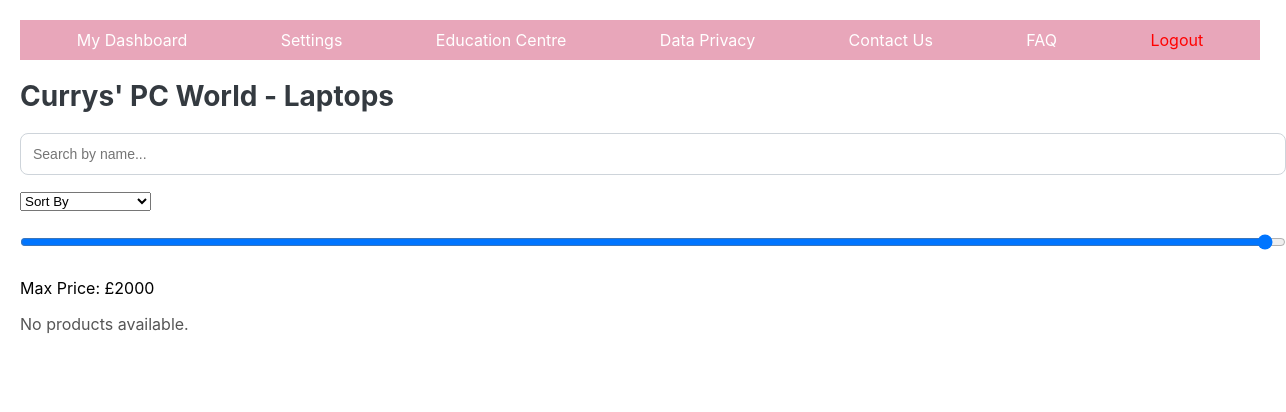
Repository: aab232/https---github.com-aab232-Deferred-Payment-Platform
Page: /main (app in frontend/)
These files come from the project's save history. The page is drawn as it stood at one moment and after the next save; the edit follows.
The browser window is 1280 px wide. The page is 1286 px wide, so the pictures cover 1286 px, including what lies to the right of the window. The pictures show the whole page.
The page's requests for data from a server got no answer. The project was rebuilt for these pictures with package versions that can differ from the ones it lists, and the page was loaded fresh each time. No one was signed in, and anything a server would have sent is missing. Also part of the build but not shown: frontend/src/components/Home.js, frontend/src/components/Register.js, frontend/src/components/Login.js, frontend/src/components/BackButton.css, frontend/src/components/BackButton.js, frontend/src/components/Settings.js.

Above is the page before, as saved 2025-04-01 01:13:50.

### frontend/src/App.js
import React from 'react';
import { BrowserRouter as Router, Routes, Route } from 'react-router-dom';
import Home from './components/Home';
import Register from './components/Register';
import Login from './components/Login';
import Main from './components/Main';
import Settings from './components/Settings';

const App = () => {
  return (
    <Router>
      <Routes>
        <Route path="/" element={<Home />} />
        <Route path="/login" element={<Login />} />
        <Route path="/register" element={<Register />} />
        <Route path="/main" element={<Main />} />
        <Route path="/settings" element={<Settings />} />
      </Routes>
    </Router>
  );
};

export default App;

### frontend/src/components/Main.js
import React, { useState, useEffect } from 'react';
import { useNavigate } from 'react-router-dom';
import axios from 'axios';
import './Main.css';

const Main = () => {
  const [products, setProducts] = useState([]);
  const [filteredProducts, setFilteredProducts] = useState([]);
  const [searchTerm, setSearchTerm] = useState('');
  const [sortOption, setSortOption] = useState('');
  const [priceRange, setPriceRange] = useState([0, 2000]);
  const [selectedProduct, setSelectedProduct] = useState(null);
  const navigate = useNavigate();

  useEffect(() => {
    const fetchProducts = async () => {
      try {
        const response = await axios.get('http://localhost:5000/api/products');
        if (Array.isArray(response.data.products)) {
          setProducts(response.data.products);
          setFilteredProducts(response.data.products);
        }
      } catch (error) {
        console.error('Error fetching products:', error);
      }
    };
    fetchProducts();
  }, []);

  useEffect(() => {
    let updatedProducts = products.filter(product =>
      product.name.toLowerCase().includes(searchTerm.toLowerCase()) &&
      parseFloat(product.price.replace(/[^0-9.]/g, '')) >= priceRange[0] &&
      parseFloat(product.price.replace(/[^0-9.]/g, '')) <= priceRange[1]
    );

    if (sortOption === 'price-asc') {
      updatedProducts.sort((a, b) => parseFloat(a.price.replace(/[^0-9.]/g, '')) - parseFloat(b.price.replace(/[^0-9.]/g, '')));
    } else if (sortOption === 'price-desc') {
      updatedProducts.sort((a, b) => parseFloat(b.price.replace(/[^0-9.]/g, '')) - parseFloat(a.price.replace(/[^0-9.]/g, '')));
    } else if (sortOption === 'name') {
      updatedProducts.sort((a, b) => a.name.localeCompare(b.name));
    }

    setFilteredProducts(updatedProducts);
  }, [searchTerm, sortOption, priceRange, products]);

  return (
    <div className="main-container">
      <nav className="taskbar">
        <span className="tab" onClick={() => navigate('/dashboard')}>My Dashboard</span>
        <span className="tab" onClick={() => navigate('/settings')}>Settings</span>
        <span className="tab" onClick={() => navigate('/education')}>Education Centre</span>
        <span className="tab" onClick={() => navigate('/privacy')}>Data Privacy</span>
        <span className="tab" onClick={() => navigate('/contact')}>Contact Us</span>
        <span className="tab" onClick={() => navigate('/faq')}>FAQ</span>
        <span className="tab logout" onClick={() => navigate('/login')}>Logout</span>
      </nav>

      <h1>Currys' PC World - Laptops</h1>

      <div className="filters">
        <input type="text" placeholder="Search by name..." value={searchTerm} onChange={(e) => setSearchTerm(e.target.value)} />
        <select onChange={(e) => setSortOption(e.target.value)}>
          <option value="">Sort By</option>
          <option value="price-asc">Price: Low to High</option>
          <option value="price-desc">Price: High to Low</option>
          <option value="name">Name: A-Z</option>
        </select>
        <input type="range" min="0" max="2000" step="50" value={priceRange[1]} onChange={(e) => setPriceRange([0, Number(e.target.value)])} />
        <span>Max Price: £{priceRange[1]}</span>
      </div>

      <div className="products-container">
        {filteredProducts.length > 0 ? (
          filteredProducts.slice(0, 9).map((product, index) => (
            <div key={index} className="product-card" onClick={() => setSelectedProduct(product)}>
              <img src={product.img} alt={product.name} />
              <h3>{product.name}</h3>
              <p>{product.price}</p>
              <button>Add to Cart</button>
            </div>
          ))
        ) : (
          <p>No products available.</p>
        )}
      </div>

      {selectedProduct && (
        <div className="modal">
          <div className="modal-content">
            <span className="close" onClick={() => setSelectedProduct(null)}>&times;</span>
            <img src={selectedProduct.img} alt={selectedProduct.name} />
            <h2>{selectedProduct.name}</h2>
            <p>{selectedProduct.price}</p>
            <p><a href={selectedProduct.link} target="_blank" rel="noopener noreferrer">View on Argos</a></p>
            <button className="buy-now">Buy Now</button>
            <button className="add-to-cart">Add to Cart</button>
          </div>
        </div>
      )}
    </div>
  );
};

export default Main;

### frontend/src/components/Home.css
.container {
    display: flex;
    justify-content: center;
    align-items: center;
    height: 100vh; /* Full viewport height */
    background: linear-gradient(135deg, #252f3b, #252d3b); /* Elegant gradient */
  }

  .card {
    text-align: center;
    background: #fff;
    padding: 40px 60px;
    border-radius: 24px;
    box-shadow: 0 8px 32px rgba(0, 0, 0, 0.2);
    max-width: 350px;
    width: 100%;
  }

  h1 {
    margin-bottom: 16px;
    font-size: 28px;
    color: #252f3b;
  }

  p {
    margin-bottom: 32px;
    font-size: 16px;
    color: #555;
  }

  .button-group {
    display: flex;
    justify-content: space-between;
  }

  .btn {
    padding: 12px 24px;
    font-size: 16px;
    border: none;
    border-radius: 30px; /* Rounded buttons */
    cursor: pointer;
    transition: background 0.3s ease;
    color: white;
    background: #252f3b;
  }

  .btn:hover {
    background: #252f3b; /* Button hover effect */
  }

### frontend/src/components/Form.css
.container {
  display: flex;
  justify-content: center;
  align-items: center;
  height: 100vh;
  background: linear-gradient(200deg, #eff7f6, #F7D6E0);
}

.form-card {
  background: white;
  padding: 40px 60px;
  border-radius: 24px;
  box-shadow: 0 8px 32px rgba(0, 0, 0, 0.2);
  max-width: 400px;
  width: 100%;
  text-align: center;
}

h2 {
  color: #252f3b;
}

input {
  display: block;
  width: 100%;
  margin: 10px 0;
  padding: 12px;
  border: 1px solid #ddd;
  border-radius: 30px;
}

.btn {
  padding: 12px 24px;
  margin-top: 20px;
  border-radius: 30px;
  border: none;
  color: white;
  background: #6b212e;
  cursor: pointer;
}

.btn:hover {
  background: #a41b34;
}

.link {
  color: #6b212e;
  cursor: pointer;
}

### frontend/src/components/Main.css
.main-container {
  padding: 20px;
}

.taskbar {
  display: flex;
  justify-content: space-around;
  background: #e8a6ba;
  padding: 10px;
  color: white;
}

.tab {
  cursor: pointer;
}

.logout {
  color: red;
}

.controls {
  margin: 60px 0;
}

.products-container {
  display: flex;
  flex-wrap: wrap;
  gap: 20px;
}

.product-card {
  width: 200px;
  border: 1px solid #ddd;
  padding: 10px;
  cursor: pointer;
}

.product-card img {
  width: 100%;
}

.product-modal {
  position: fixed;
  top: 0;
  left: 0;
  width: 100%;
  height: 100%;
  background: rgba(0, 0, 0, 0.5);
  display: flex;
  justify-content: center;
  align-items: center;
}

.modal-content {
  background: white;
  padding: 20px;
  width: 400px;
  text-align: center;
}

.close-button {
  cursor: pointer;
  font-size: 20px;
}

.buttons {
  margin-top: 10px;
}

.buttons button {
  margin: 5px;
}

### frontend/src/components/Settings.css
.settings-container {
  display: flex;
  flex-direction: column;
  align-items: center;
  padding: 40px 20px;
  background: #f8f9fa;
  min-height: 100vh;
}

h1 {
  color: #343a40;
  margin-bottom: 20px;
}

.menu {
  display: flex;
  gap: 20px;
  margin-bottom: 40px;
}

.menu button {
  padding: 10px 20px;
  border: none;
  border-radius: 8px;
  cursor: pointer;
  transition: background 0.3s ease;
  font-weight: bold;
  background: #007bff;
  color: white;
}

.menu .danger {
  background: #dc3545;
}

.menu button:hover {
  opacity: 0.8;
}

/* Dropdown styling */
.dropdown {
  display: flex;
  flex-direction: column;
  gap: 10px;
  margin-top: 20px;
}

.dropdown button {
  padding: 8px 16px;
  border: none;
  border-radius: 8px;
  background: #6c757d;
  color: white;
  cursor: pointer;
  transition: background 0.3s ease;
}

.dropdown button:hover {
  background: #495057;
}

/* Section Styling */
.section {
  width: 100%;
  max-width: 600px;
  background: white;
  padding: 30px;
  border-radius: 16px;
  box-shadow: 0 8px 24px rgba(0, 0, 0, 0.1);
  margin-top: 20px;
}

h2 {
  color: #495057;
  margin-bottom: 20px;
}

input {
  width: 100%;
  padding: 12px;
  margin-bottom: 15px;
  border: 1px solid #ced4da;
  border-radius: 8px;
  font-size: 14px;
}

button {
  padding: 12px 20px;
  border: none;
  border-radius: 8px;
  cursor: pointer;
  background: #28a745;
  color: white;
  font-weight: bold;
}

button:hover {
  opacity: 0.9;
}

.info {
  margin-top: 20px;
  color: #6c757d;
}

Loaded but not shown: frontend/public/index.html (common file); frontend/src/index.js (common file); frontend/src/index.css (common file)

After the next save:
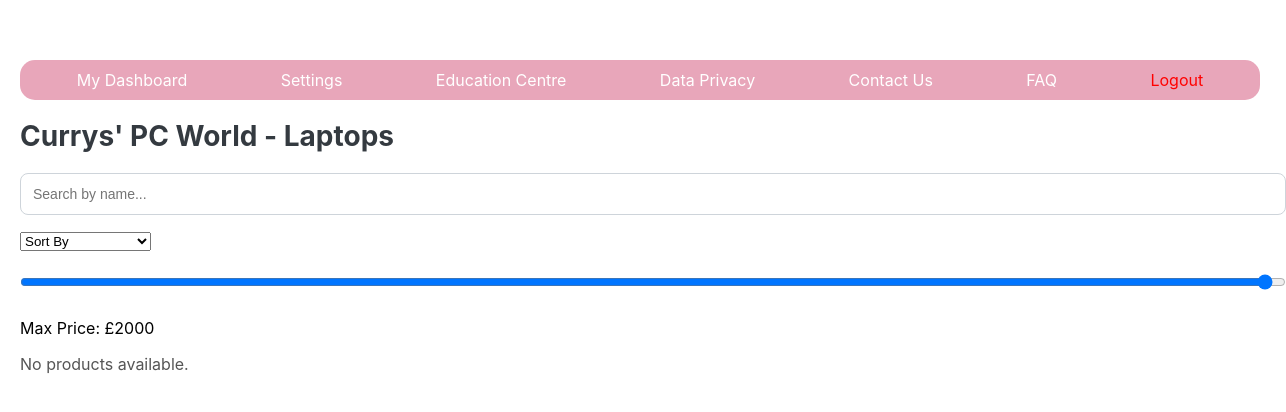
Saved 69 s later.
--- a/frontend/src/components/Main.css
+++ b/frontend/src/components/Main.css
@@ -1,5 +1,6 @@
 .main-container {
   padding: 20px;
+  margin-top: 40px;
 }
 
 .taskbar {
@@ -8,6 +9,7 @@
   background: #e8a6ba;
   padding: 10px;
   color: white;
+  border-radius: 15px;
 }
 
 .tab {
@@ -19,7 +21,7 @@
 }
 
 .controls {
-  margin: 60px 0;
+  margin: 40px 0;
 }
 
 .products-container {

After the save that followed:
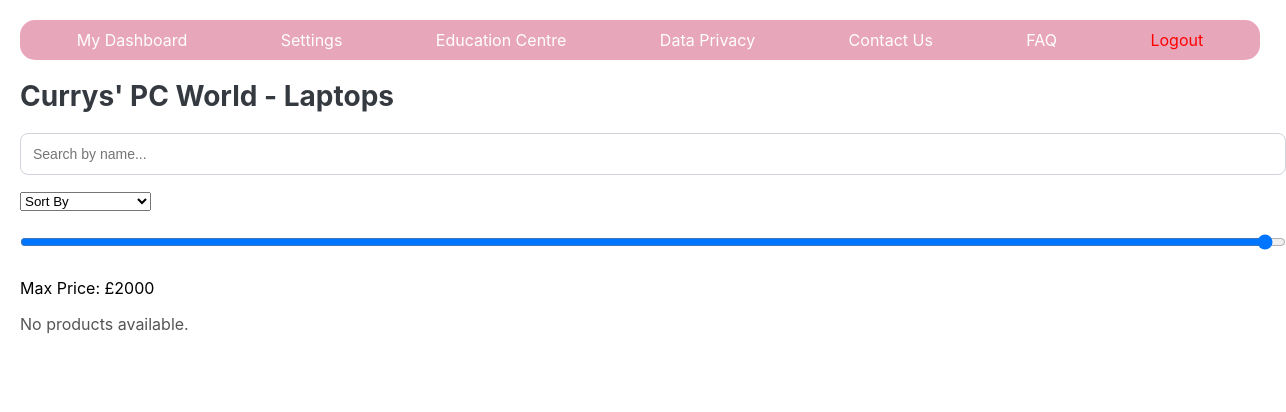
Saved 7 s later.
--- a/frontend/src/components/Main.css
+++ b/frontend/src/components/Main.css
@@ -1,6 +1,5 @@
 .main-container {
   padding: 20px;
-  margin-top: 40px;
 }
 
 .taskbar {
